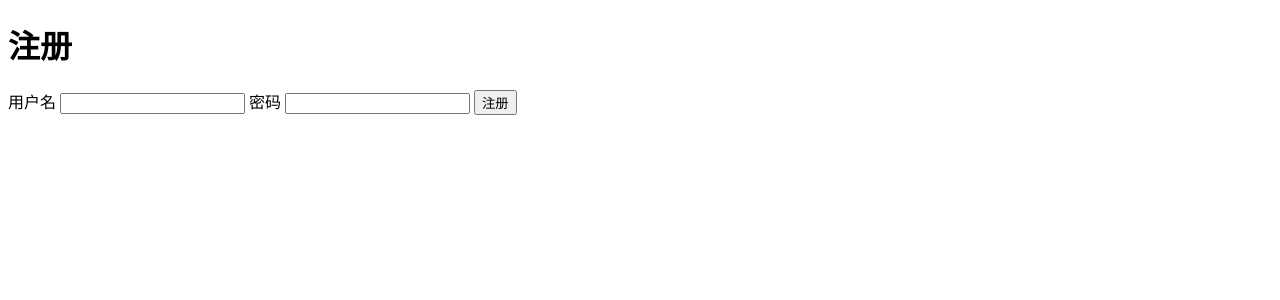
Repository: June-Hall/speech-recognition-demo
Page: http://localhost/signup
The author's editor kept a copy of each file at every save. The page is drawn from the files as they stood at one save, then again after the next save.
The browser window is 1280 px wide. The pictures show the whole page.
The page is served by the project's application, run on Flask 3 (app.py).

Above is the page before, as saved 2023-04-15 17:13:15.

After the next save:
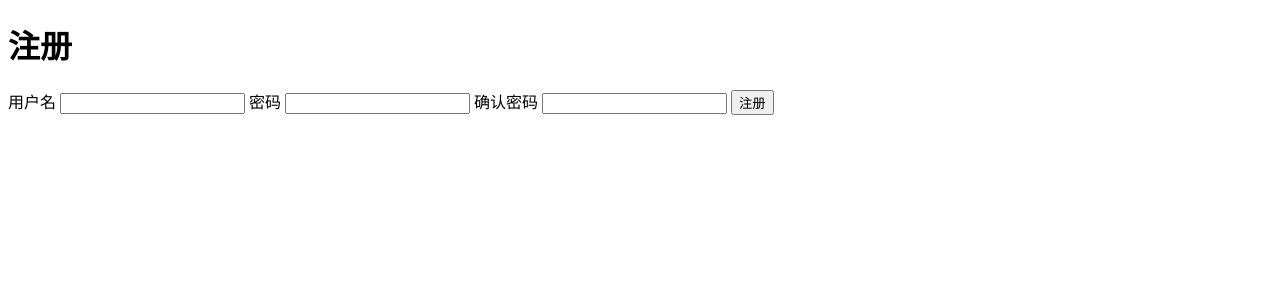
Saved 6 min 54 s later.
--- a/templates/signup.html
+++ b/templates/signup.html
@@ -7,11 +7,31 @@
   <body>
     <h1>注册</h1>
     <form method="post">
+      {{ form.hidden_tag() }}
       <label for="username">用户名</label>
-      <input type="text" id="username" name="username" />
+      {{ form.username() }} {% if form.username.errors %}
+      <ul class="errors">
+        {% for error in form.username.errors %}
+        <li>{{ error }}</li>
+        {% endfor %}
+      </ul>
+      {% endif %}
       <label for="password">密码</label>
-      <input type="password" id="password" name="password" />
-      <input type="submit" value="注册" />
+      {{ form.password() }} {% if form.password.errors %}
+      <ul class="errors">
+        {% for error in form.password.errors %}
+        <li>{{ error }}</li>
+        {% endfor %}
+      </ul>
+      {% endif %}
+      <label for="confirm_password">确认密码</label>
+      {{ form.confirm_password() }} {% if form.confirm_password.errors %}
+      <ul class="errors">
+        {% for error in form.confirm_password.errors %}
+        <li>{{ error }}</li>
+        {% endfor %}
+      </ul>
+      {% endif %} {{ form.submit() }}
     </form>
   </body>
 </html>
